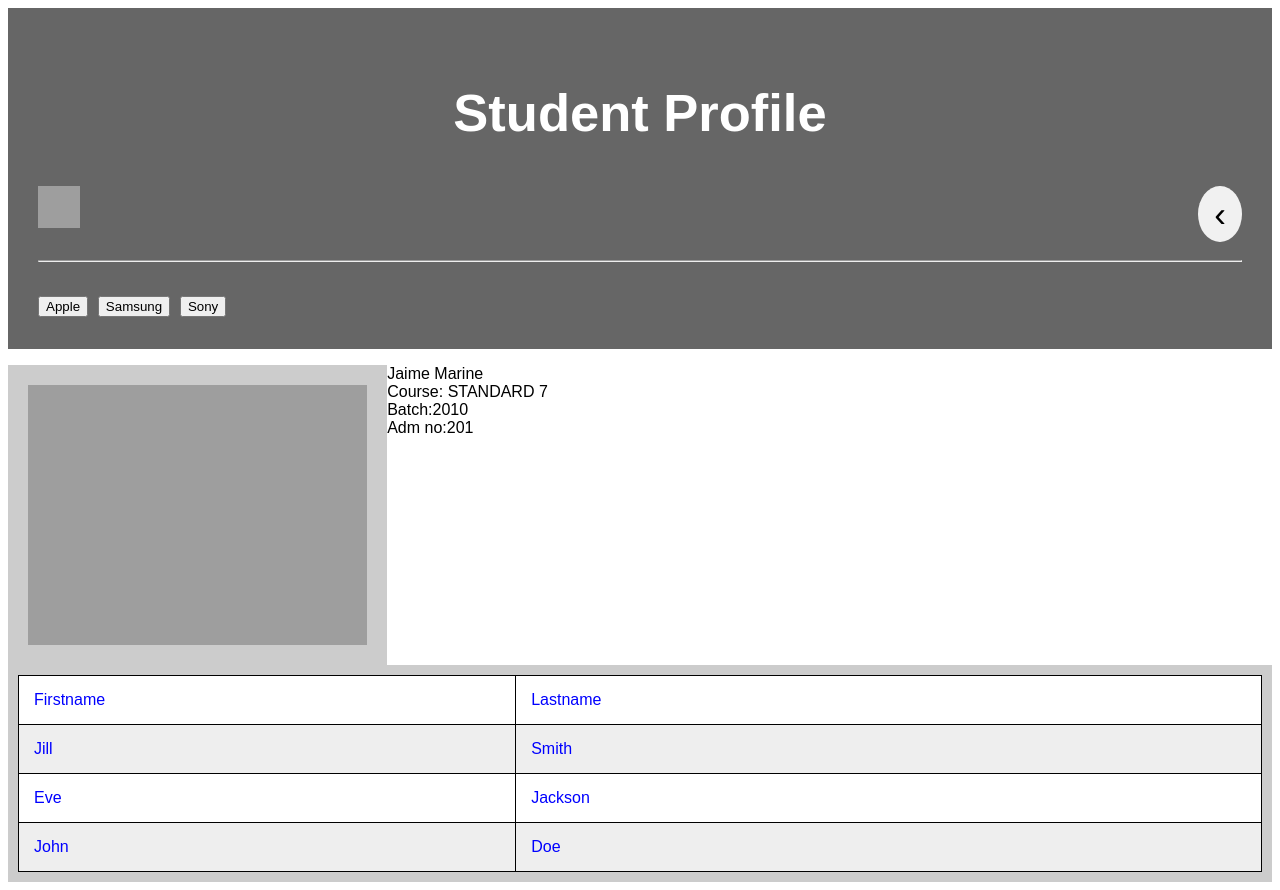
Repository: sandunigayanjali/Library_System
Page: http://localhost/library_management/studentProfile2.jsp
The author's editor kept a copy of each file at every save. The page is drawn from the files as they stood at one save, then again after the next save.
The browser window is 1280 px wide. The pictures show the whole page.
Pictures or frames that could not be fetched are drawn as grey boxes. The page is served by Tomcat 9.

Above is the page before, as saved 2018-11-24 09:51:53.

After the next save:
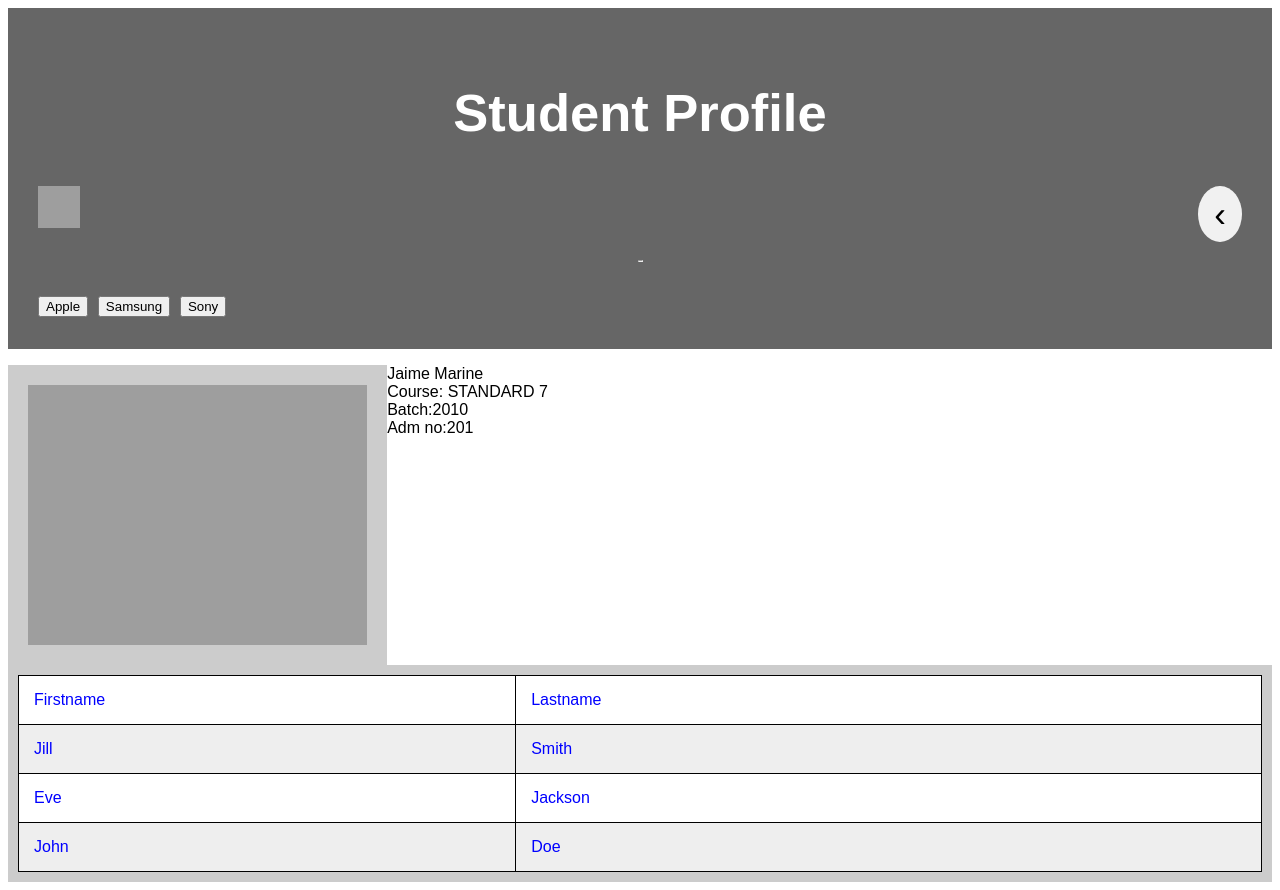
Saved 39 s later.
--- a/library management/WebContent/studentProfile2.jsp
+++ b/library management/WebContent/studentProfile2.jsp
@@ -134,7 +134,7 @@ a:hover {
 
 <a href="#" class="previous round">&#8249;</a>
 </div>
-  <div><hr></div>
+  <div><hr width="5px"></div>
   <div class="container">
  <div class="btn-group" align="left">
  <align="left">   <button type="button" class="btn btn-primary" >Apple</button>
